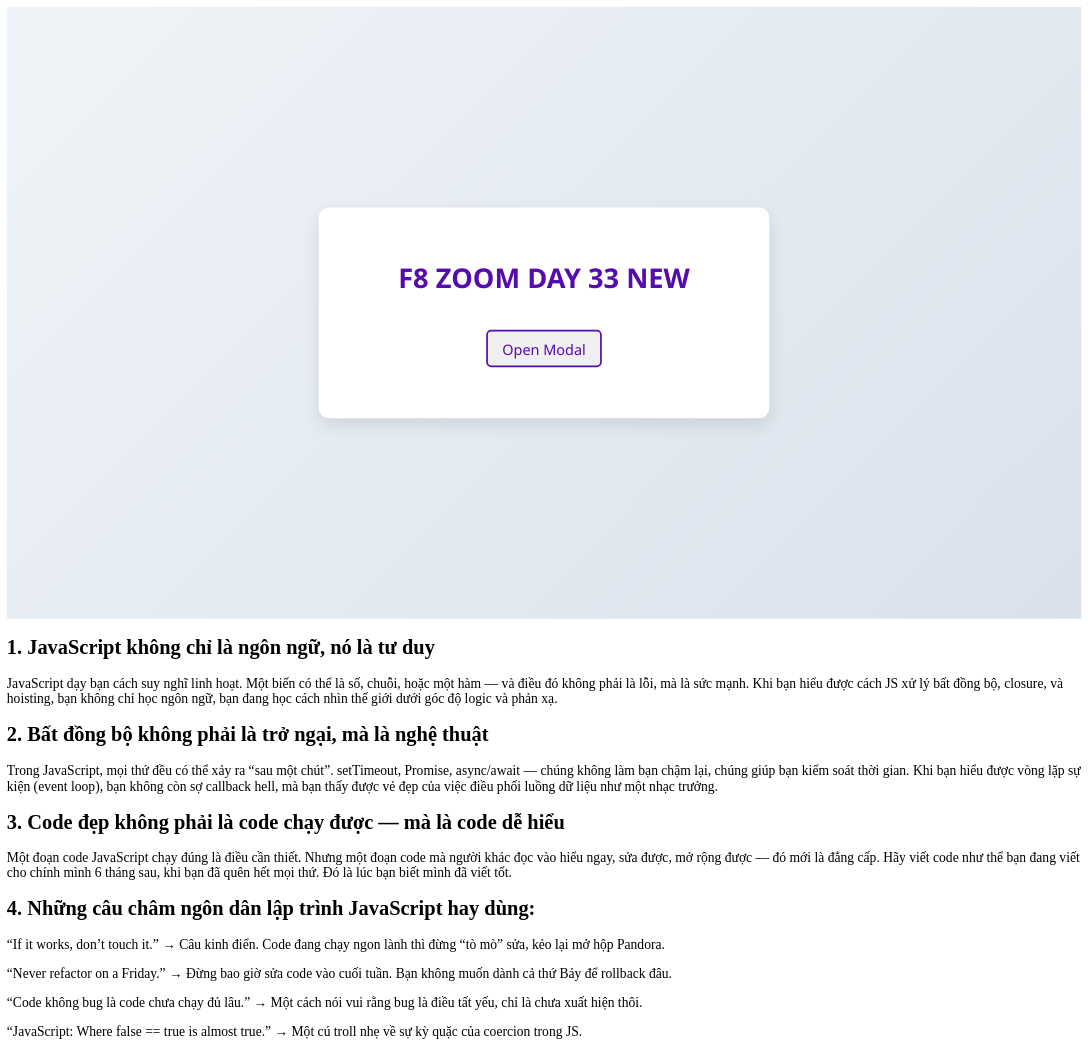
Repository: lannguyen1301/f8-zoom-day-33-new
Page: index.html
The author's editor kept a copy of each file at every save. The page is drawn from the files as they stood at one save, then again after the next save.
The browser window is 1280 px wide. The pictures show the whole page, at 85% of full size.

Above is the page before, as saved 2025-08-07 23:12:02.

### index.html
<!DOCTYPE html>
<html lang="en">

<head>
    <meta charset="UTF-8">
    <meta name="viewport" content="width=device-width, initial-scale=1.0">
    <title>F8 ZOOM DAY 33 NEW</title>
    <link rel="stylesheet" href="./assets/css/style.css">

</head>

<body>
    <div class="main">
        <div class="card">
            <h1 class="title">F8 ZOOM DAY 33 NEW</h1>
            <button id="open-modal">Open Modal</button>
        </div>
    </div>

    <!-- App Modal -->
    <app-modal>
    </app-modal>


    <script type="module" src="./main.js"></script>
</body>

</html>

<h2>
    1. JavaScript không chỉ là ngôn ngữ, nó là tư duy
</h2>
<p>
    JavaScript dạy bạn cách suy nghĩ linh hoạt. Một biến có thể là số, chuỗi, hoặc một hàm — và điều đó không phải là
    lỗi, mà là sức mạnh. Khi bạn hiểu được cách JS xử lý bất đồng bộ, closure, và hoisting, bạn không chỉ học ngôn ngữ,
    bạn đang học cách nhìn thế giới dưới góc độ logic và phản xạ.
</p>

<h2>
    2. Bất đồng bộ không phải là trở ngại, mà là nghệ thuật
</h2>
<p>
    Trong JavaScript, mọi thứ đều có thể xảy ra “sau một chút”. setTimeout, Promise, async/await — chúng không làm bạn
    chậm lại, chúng giúp bạn kiểm soát thời gian. Khi bạn hiểu được vòng lặp sự kiện (event loop), bạn không còn sợ
    callback hell, mà bạn thấy được vẻ đẹp của việc điều phối luồng dữ liệu như một nhạc trưởng.
</p>

<h2>
    3. Code đẹp không phải là code chạy được — mà là code dễ hiểu
</h2>
<p>
    Một đoạn code JavaScript chạy đúng là điều cần thiết. Nhưng một đoạn code mà người khác đọc vào hiểu ngay, sửa được,
    mở rộng được — đó mới là đẳng cấp. Hãy viết code như thể bạn đang viết cho chính mình 6 tháng sau, khi bạn đã quên
    hết mọi thứ. Đó là lúc bạn biết mình đã viết tốt.
</p>

<h2>
    4. Những câu châm ngôn dân lập trình JavaScript hay dùng:
</h2>
<p>
    “If it works, don’t touch it.” → Câu kinh điển. Code đang chạy ngon lành thì đừng “tò mò” sửa, kẻo lại mở hộp
    Pandora.
</p>
<p>
    “Never refactor on a Friday.” → Đừng bao giờ sửa code vào cuối tuần. Bạn không muốn dành cả thứ Bảy để rollback đâu.
</p>
<p>
    “Code không bug là code chưa chạy đủ lâu.” → Một cách nói vui rằng bug là điều tất yếu, chỉ là chưa xuất hiện thôi.
</p>
<p>
    “JavaScript: Where false == true is almost true.” → Một cú troll nhẹ về sự kỳ quặc của coercion trong JS.
</p>

### assets/css/style.css
.main {
    margin: 0;
    height: 100vh;
    display: flex;
    justify-content: center;
    align-items: center;
    background: linear-gradient(135deg, #f0f4f8, #d9e2ec);
    font-family: "Segoe UI", sans-serif;
}

.card {
    background: white;
    padding: 40px;
    border-radius: 12px;
    box-shadow: 0 8px 20px rgba(0, 0, 0, 0.1);
    text-align: center;
    min-width: 450px;
}

.card h1 {
    margin-bottom: 20px;
    color: #560bad;
}

/* From Uiverse.io by cssbuttons-io */
button {
    --color: #560bad;
    font-family: inherit;
    display: inline-block;
    width: 8em;
    height: 2.6em;
    line-height: 2.5em;
    margin: 20px;
    position: relative;
    cursor: pointer;
    overflow: hidden;
    border: 2px solid var(--color);
    transition: color 0.5s;
    z-index: 0;
    font-size: 17px;
    border-radius: 6px;
    font-weight: 500;
    color: var(--color);
}
button:before {
    content: "";
    position: absolute;
    z-index: -1;
    background: var(--color);
    height: 150px;
    width: 200px;
    border-radius: 50%;
}

button:hover {
    color: #fff;
}

button:before {
    top: 100%;
    left: 100%;
    transition: all 0.7s;
}

button:hover:before {
    top: -30px;
    left: -30px;
}

button:active:before {
    background: #3a0ca3;
    transition: background 0s;
}

span {
    display: block;
    width: 50px;
    height: 50px;
    border-radius: 50%;
    background: #f0f0f0;
    text-align: center;
    color: #560bad;
    font-size: 2rem;
    margin-left: auto;
    margin-right: 0;
    border: 1px solid #560bad;
}

### main.js
import "./Components/app-modal.js";

// Open Modal

// Lấy nút mở modal từ DOM để gắn sự kiện click.
const openModalBtn = document.querySelector("#open-modal");

// Truy cập trực tiếp vào custom element <app-modal>
// để gọi các phương thức như .open() và .close().
const appModal = document.querySelector("app-modal");
console.log(appModal); //Debug: kiểm tra xem phần tử đã được lấy đúng chưa.

// Lắng nghe sự kiện close do modal phát ra (có thể từ nút Cancel, nút X, hoặc phím Escape).
appModal.addEventListener("close", () => {
    // code...
    // alert("Da dong");
    appModal.close();
    // Gọi appModal.close() để thực hiện đóng modal
});

// bấm nút “Open Modal”, gọi appModal.open() để hiển thị modal.
openModalBtn.addEventListener("click", () => {
    appModal.open();
});

### Components/app-modal.js
class AppModal extends HTMLElement {
    constructor() {
        super();
        this.attachShadow({ mode: "open" });
    }

    open() {
        const template = document.createElement("template");

        // cach 1
        template.setAttribute("id", "app-modal-tpl");

        /**
         * cach 2
          template.id = "app-modal-tpl";
         */
        //

        template.innerHTML = `

        <!-- Thêm CSS Internals -->
        <style>
            * {
                padding: 0;
                margin: 0;
                box-sizing: border-box;
            }

            :host {
                --app-modal-heading-color: #560bad;
                --app-modal-padding: 60px
                    /* màu mặc định đang là màu đỏ */
            }

            .main {
            margin: 0;
            height: 100vh;
            display: flex;
            justify-content: center;
            align-items: center;
            background: linear-gradient(135deg, #f0f4f8, #d9e2ec);
            font-family: "Segoe UI", sans-serif;
            }

            .card {
                background: white;
                padding: 40px;
                border-radius: 12px;
                box-shadow: 0 8px 20px rgba(0, 0, 0, 0.1);
                text-align: center;
                min-width: 450px;
            }

            .card h1 {
                margin-bottom: 20px;
                color: #560bad;
            }

            /* From Uiverse.io by cssbuttons-io */
            button {
                --color: #560bad;
                font-family: inherit;
                display: inline-block;
                width: 8em;
                height: 2.6em;
                line-height: 2.5em;
                margin: 20px;
                position: relative;
                cursor: pointer;
                overflow: hidden;
                border: 2px solid var(--color);
                transition: color 0.5s;
                z-index: 0;
                font-size: 17px;
                border-radius: 6px;
                font-weight: 500;
                color: var(--color);
            }
            button:before {
                content: "";
                position: absolute;
                z-index: -1;
                background: var(--color);
                height: 150px;
                width: 200px;
                border-radius: 50%;
            }

            button:hover {
                color: #fff;
            }

            button:before {
                top: 100%;
                left: 100%;
                transition: all 0.7s;
            }

            button:hover:before {
                top: -30px;
                left: -30px;
            }

            button:active:before {
                background: #3a0ca3;
                transition: background 0s;
            }

            .modal {
                position: fixed;
                inset: 0;
                display: flex;
                align-items: center;
                justify-content: center;
                flex-direction: column;
                background: rgba(255, 165, 0, 0.6);
                /* code lỗi hãy xoá đoạn này nhé*/
                opacity: 0;
                transform: scale(0.95);
                visibility: hidden;
                pointer-events: none;
                transition: opacity 0.3s ease, transform 0.3s ease;
            }

           /* code lỗi hãy xoá đoạn này nhé*/
            .modal.show {
                opacity: 1;
                transform: scale(1);
                visibility: visible;
                pointer-events: auto;
            }

            .inner {
                min-width: 400px;
                padding: var(--app-modal-padding, 20px);
                border-radius: 10px;
                background: #fff;
                position: relative;

            }

            .header {
                margin-bottom: 20px;
            }

            .content {
                margin-bottom: 20px;
                line-height: 1.5rem
            }

            .heading {
                color: var(--app-modal-heading-color, red);
            }

            .header, .content, .footer {
                background: #e1e1e1;
                padding: 20px;
                border-radius: 10px;
                border: 1px solid #a9a9a9;
            }

            .modal span.sp-close {
                display: block;
                width: 40px;
                height: 40px;
                border-radius: 50%;
                background: #f0f0f0;
                text-align: center;
                color: #560bad;
                font-size: 1.5rem;
                border: 1px solid #560bad;
                position: absolute;
                top: 12px;
                left: auto;
                right: 20px;
                transition: background 0.5s ease;
            }

            .modal span.sp-close:hover {
                cursor: pointer;
                background: #560bad;
                color: #fff;
                border: 2px solid orange;
            }


            .modal .footer {
            // background-color: red;
            // border-radius: 10px;
            }

        </style>
        <div class="modal">
            <div class="inner">
                <div class="header" slot="header">
                    <div class="circle"></div>
                    <span id="sp-close" class="sp-close">x</span>
                    <h2 class="heading" id="heading">F8 ZOOM DAY 33 Components</h2>
                </div>
                <div class="content" slot="content">
                    <p>Lorem ipsum dolor sit amet consectetur adipisicing elit. Possimus, totam.</p>
                    <p>Lorem ipsum, dolor sit amet consectetur adipisicing elit. Praesentium voluptas veniam ea in magni
                        temporibus.
                    </p>
                    <p>Lorem, ipsum dolor sit amet consectetur adipisicing elit. Sapiente aspernatur quod suscipit? Voluptas
                        quae ea
                        dolorem vero. Omnis, eius soluta!</p>
                </div>

                <div class="footer" extends ParentClass { super() } slot="footer">
                    <button id="close-btn">Cancel</button>
                    <button>Confirm</button>
                </div>
            </div>
        </div>
        `;

        const templateContent = template.content.cloneNode(true);
        // template.content: truy câp vào nội dung bên trong thẻ template, tạo bản copy toàn bộ nội dung bên trong thẻ template.

        this.shadowRoot.appendChild(templateContent);
        // Gắn nội dung đã clone vào shadowRoot của component.

        const modal = this.shadowRoot.querySelector(".modal");
        const closeBtn = this.shadowRoot.querySelector(".sp-close"); // dau X de dong modal
        if (!closeBtn) console.warn("Không tìm thấy nút đóng (X)");

        const cancelBtn = this.shadowRoot.querySelector("#close-btn"); // button cancel
        if (!cancelBtn) console.warn("Không tìm thấy nút Cancel");

        // Hiển thị modal
        requestAnimationFrame(() => {
            modal.classList.add("show");
            // requestAnimationFrame là hàm có sẵn trong js tạo chuyển động mượt mà
            // requestAnimationFrame: Đảm bảo class .show được thêm sau khi DOM render xong
        });

        // Đóng modal khi bấm nút X
        closeBtn.addEventListener("click", () => this.close());

        // Đóng modal khi bấm nút Cancel
        cancelBtn.addEventListener("click", () => this.close());

        // cách 2
        // cancelBtn.onclick = () => {
        //     this.close(); // this = appModal
        // };
        // console.log(cancelBtn);

        // đóng modal khi dùng phím esc
        const escHandler = (e) => {
            if (e.key === "Escape") this.close();
        };

        document.addEventListener("keydown", escHandler);

        // Đóng khi click ra ngoài
        modal.addEventListener("click", (e) => {
            if (e.target === modal) this.close();
        });

        // Lưu lại để cleanup khi đóng
        this._escHandler = escHandler;

        console.log(templateContent); // debug
    }

    close() {
        // tìm phần tử modal trong shadow DOM thông qua truy vấn class modal
        const modal = this.shadowRoot.querySelector(".modal");

        // Nếu không tìm thấy modal thì thoát luôn
        if (!modal) {
            console.warn("Không tìm thấy modal để đóng.");
            return;
        }

        // gỡ class show khỏi modal
        modal.classList.remove("show");

        // Sau khi transition xong thì xoá modal khỏi DOM
        requestAnimationFrame(() => {
            modal.addEventListener(
                "transitionend",
                () => {
                    this.shadowRoot.innerHTML = "";
                },
                { once: true }

                // transitionend: Lắng nghe khi hiệu ứng kết thúc để xoá modal khỏi DOM
            );

            // Cleanup sự kiện
            document.removeEventListener("keydown", this._escHandler);
            // escHandler	Lưu lại hàm xử lý Escape để có thể xoá khi đóng
        });
    }
}

// Call Function
customElements.define("app-modal", AppModal);

After the next save:
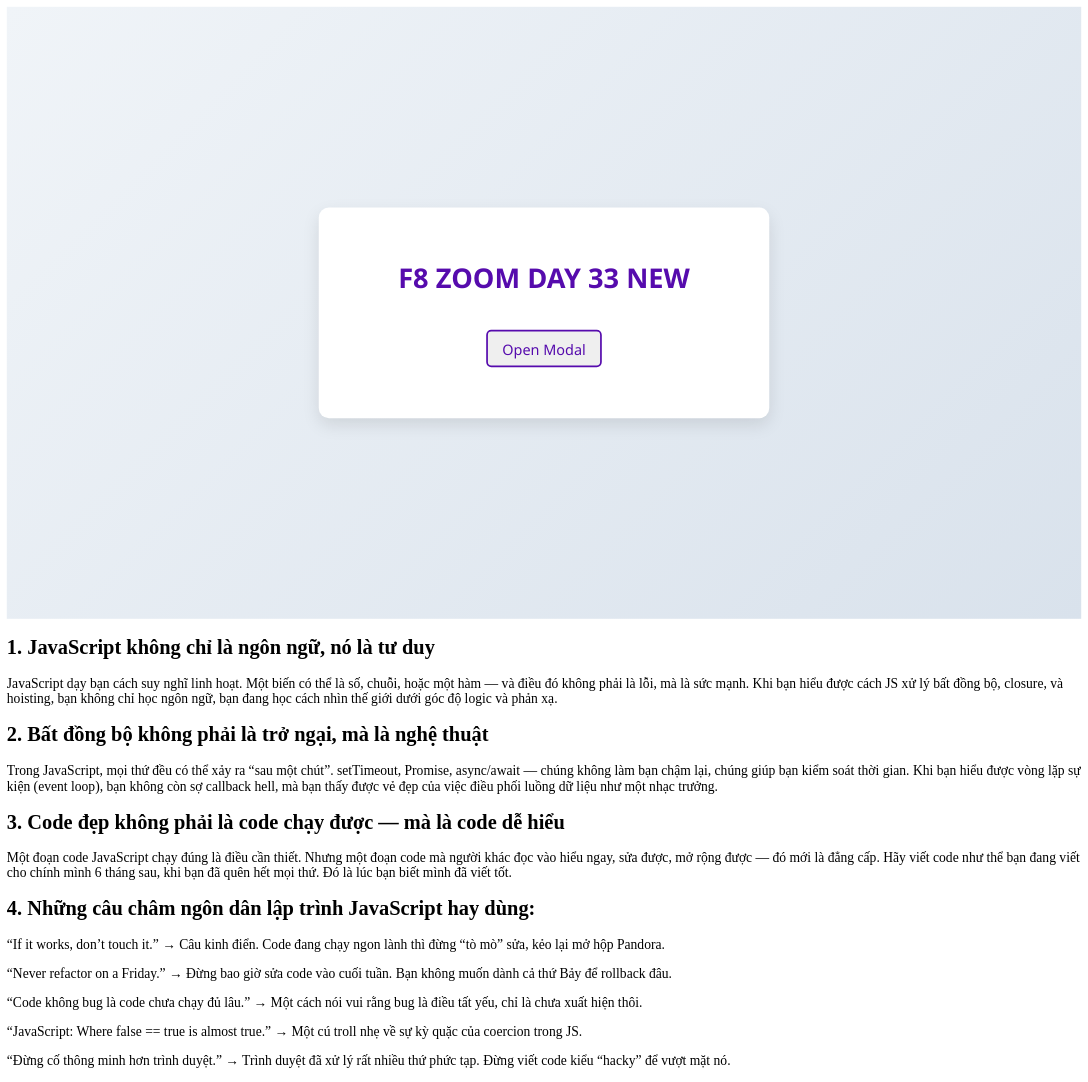
Saved 14 s later.
--- a/index.html
+++ b/index.html
@@ -70,3 +70,7 @@
 <p>
     “JavaScript: Where false == true is almost true.” → Một cú troll nhẹ về sự kỳ quặc của coercion trong JS.
 </p>
+<p>
+    “Đừng cố thông minh hơn trình duyệt.” → Trình duyệt đã xử lý rất nhiều thứ phức tạp. Đừng viết code kiểu “hacky” để
+    vượt mặt nó.
+</p>
